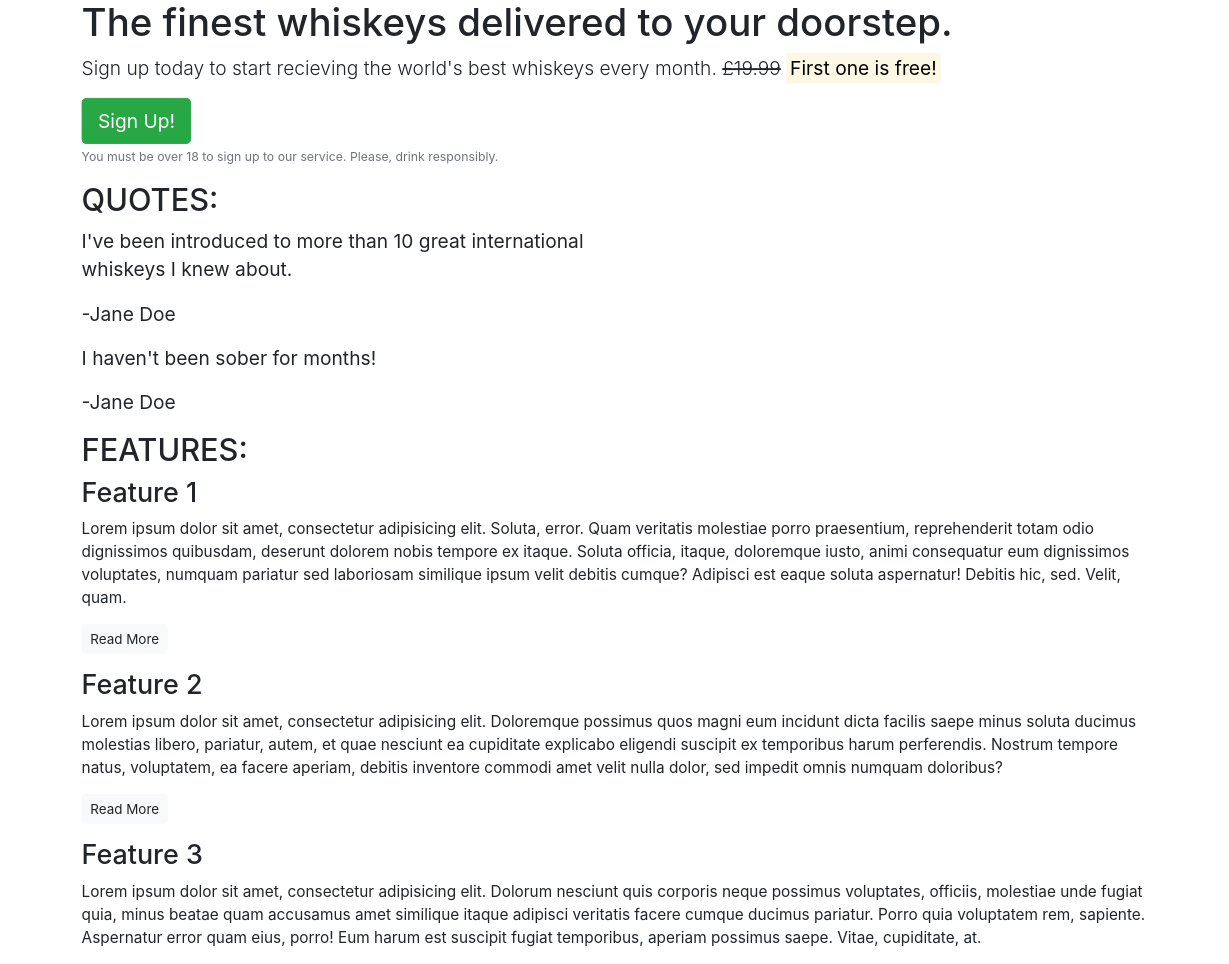
Repository: Leannald13/whiskey-project
Page: index.html
The author's editor kept a record of every edit. The page is drawn from the files as they stood at one moment, then again after the next edit.
The browser window is 1280 px wide. The pictures show the whole page, at 96% of full size.

Above is the page before.
Console error: TypeError: Cannot read properties of undefined (reading 'fn')

### index.html
<!DOCTYPE html>
<html lang="en">

<head>
    <meta charset="UTF-8">
    <meta name="viewport" content="width=device-width, initial-scale=1.0">
    <meta http-equiv="X-UA-Compatible" content="ie=edge">
    <link rel="stylesheet" href="https://stackpath.bootstrapcdn.com/bootstrap/4.1.3/css/bootstrap.min.css" integrity="sha384-MCw98/SFnGE8fJT3GXwEOngsV7Zt27NXFoaoApmYm81iuXoPkFOJwJ8ERdknLPMO" crossorigin="anonymous">
    <script src="https://stackpath.bootstrapcdn.com/bootstrap/4.1.3/js/bootstrap.min.js" integrity="sha384-ChfqqxuZUCnJSK3+MXmPNIyE6ZbWh2IMqE241rYiqJxyMiZ6OW/JmZQ5stwEULTy" crossorigin="anonymous"></script>
    <title>Whiskey Drop: Taste a new whiskey every month</title>
</head>

<body>
    <article class="container">
        <div class="row">
            <div class="col-12">
                <section class="callout">
                    <h1>The finest whiskeys delivered to your doorstep.</h1>
                    <p class="lead">Sign up today to start recieving the world's best whiskeys every month.
                        <s>£19.99</s> <strong><mark>First one is free!</mark></strong></p>
                    <button class="btn btn-success btn-lg">Sign Up!</button>
                    <p class="text-muted"><small>You must be over 18 to sign up to our service. Please, drink responsibly.</small></p>
                </section>
            </div>
        </div>
        <section class="quotes">
            <div class="row">
                <div class="col-12">
                    <h2 class="text-uppercase">Quotes:</h2>
                </div>
            </div>
            <div class="row">
                <div class="col-12 col-md-6">
                    <blockquote class="blockquote">
                        <p>I've been introduced to more than 10 great international whiskeys I knew about.</p>
                        <p>-Jane Doe</p>
                    </blockquote>
                </div>
                <div class="col-12">
                    <blockquote class="blockquote">
                        <p>I haven't been sober for months!</p>
                        <p>-Jane Doe</p>
                    </blockquote>
                </div>
            </div>
        </section>
        <section class="features">
            <div class="row">
                <div class="col-12">
                    <h2 class="text-uppercase">Features:</h2>
                </div>
            </div>
            <div class="row">
                <div class="col-12">
                    <div class="feature">
                        <h3>Feature 1</h3>
                        <p>Lorem ipsum dolor sit amet, consectetur adipisicing elit. Soluta, error. Quam veritatis molestiae porro praesentium, reprehenderit totam odio dignissimos quibusdam, deserunt dolorem nobis tempore ex itaque. Soluta officia, itaque,
                            doloremque iusto, animi consequatur eum dignissimos voluptates, numquam pariatur sed laboriosam similique ipsum velit debitis cumque? Adipisci est eaque soluta aspernatur! Debitis hic, sed. Velit, quam.</p>
                        <p><a class="btn btn-sm btn-light" href="">Read More</a></p>
                    </div>
                </div>
                <div class="col-12">
                    <div class="feature">
                        <h3>Feature 2</h3>
                        <p>Lorem ipsum dolor sit amet, consectetur adipisicing elit. Doloremque possimus quos magni eum incidunt dicta facilis saepe minus soluta ducimus molestias libero, pariatur, autem, et quae nesciunt ea cupiditate explicabo eligendi
                            suscipit ex temporibus harum perferendis. Nostrum tempore natus, voluptatem, ea facere aperiam, debitis inventore commodi amet velit nulla dolor, sed impedit omnis numquam doloribus?</p>
                        <p><a class="btn btn-sm btn-light" href="">Read More</a></p>
                    </div>
                </div>
                <div class="col-12">
                    <div class="feature">
                        <h3>Feature 3</h3>
                        <p>Lorem ipsum dolor sit amet, consectetur adipisicing elit. Dolorum nesciunt quis corporis neque possimus voluptates, officiis, molestiae unde fugiat quia, minus beatae quam accusamus amet similique itaque adipisci veritatis facere
                            cumque ducimus pariatur. Porro quia voluptatem rem, sapiente. Aspernatur error quam eius, porro! Eum harum est suscipit fugiat temporibus, aperiam possimus saepe. Vitae, cupiditate, at.</p>
                    </div>
                </div>
            </div>


        </section>
    </article>

</body>

</html>

After the next edit:
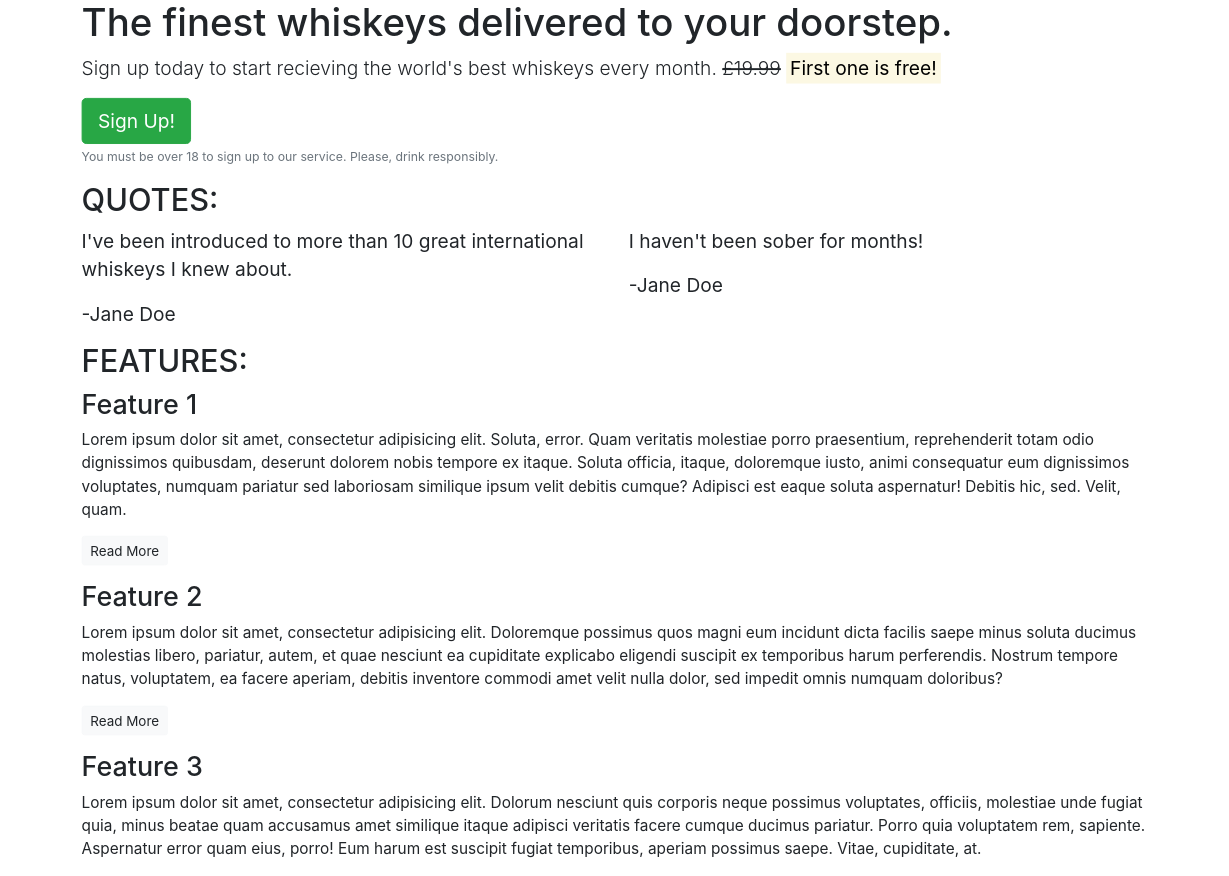
The edit:
--- a/index.html
+++ b/index.html
@@ -36,7 +36,7 @@
                         <p>-Jane Doe</p>
                     </blockquote>
                 </div>
-                <div class="col-12">
+                <div class="col-12 col-md-6">
                     <blockquote class="blockquote">
                         <p>I haven't been sober for months!</p>
                         <p>-Jane Doe</p>
